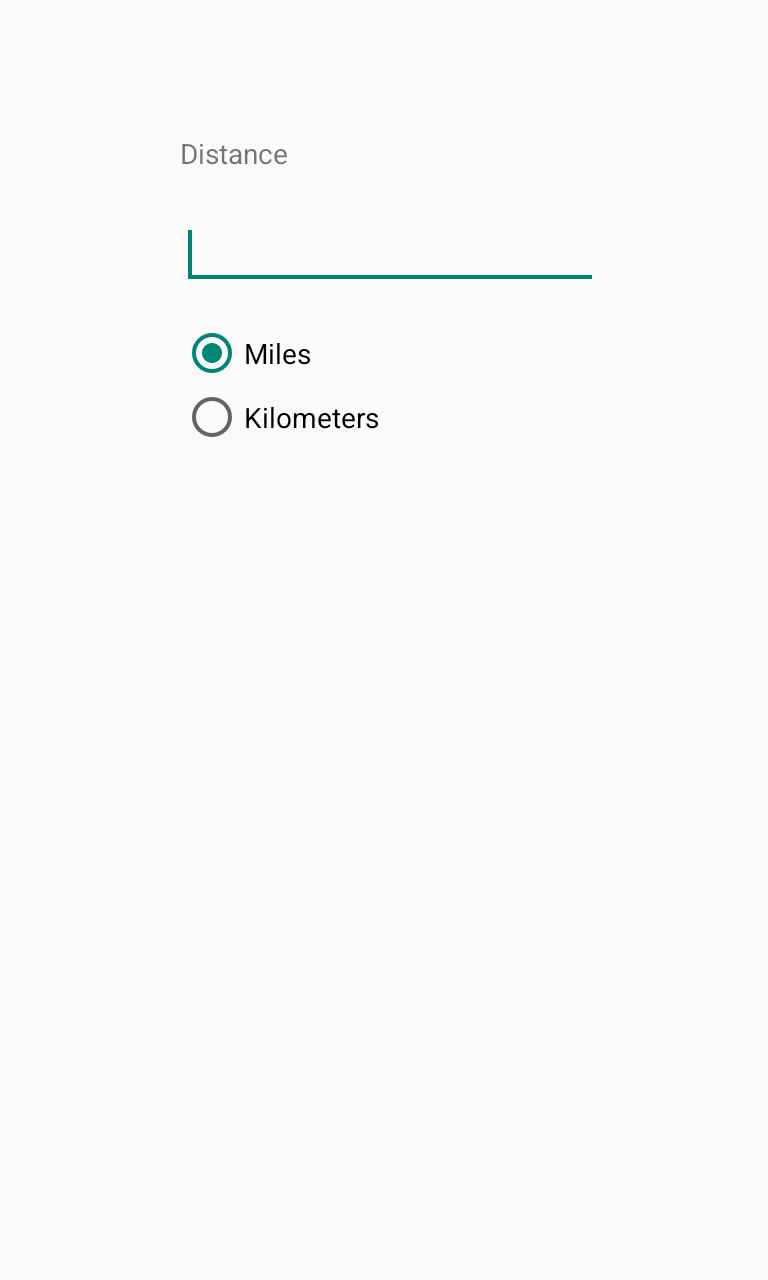
Repository: awayzo/6300Fall14Assignment4
Layout: UnitConvertor/res/layout/activity_main.xml
The author's editor kept a copy of each file at every save. The layout is drawn from the files as they stood at one save, then again after the next save.
It is drawn on a 768 x 1280 px phone screen (xhdpi) without system bars, with theme AppTheme; the app's code is not run.

Above is the layout before, as saved 2014-09-25 20:58:47.

### UnitConvertor/res/layout/activity_main.xml
<RelativeLayout xmlns:android="http://schemas.android.com/apk/res/android"
    xmlns:tools="http://schemas.android.com/tools"
    android:layout_width="match_parent"
    android:layout_height="match_parent"
    android:paddingBottom="@dimen/activity_vertical_margin"
    android:paddingLeft="@dimen/activity_horizontal_margin"
    android:paddingRight="@dimen/activity_horizontal_margin"
    android:paddingTop="@dimen/activity_vertical_margin"
    tools:context="edu.gatech.seclass.unitconvertor.MainActivity" >

    <EditText
        android:id="@+id/txt1"
        android:layout_width="wrap_content"
        android:layout_height="wrap_content"
        android:layout_alignLeft="@+id/lblTitle"
        android:layout_below="@+id/lblTitle"
        android:layout_marginTop="19dp"
        android:ems="10"
        android:inputType="numberDecimal" >

        <requestFocus />
    </EditText>

    <RadioGroup
        android:id="@+id/radioGroup1"
        android:layout_width="wrap_content"
        android:layout_height="wrap_content"
        android:layout_alignLeft="@+id/txt1"
        android:layout_below="@+id/txt1"
        android:layout_marginTop="14dp" >

        <RadioButton
            android:id="@+id/radio0"
            android:layout_width="wrap_content"
            android:layout_height="wrap_content"
            android:checked="true"
            android:onClick="handleClick"
            android:text="@string/miles" />

        <RadioButton
            android:id="@+id/radio1"
            android:layout_width="wrap_content"
            android:layout_height="wrap_content"
            android:onClick="handleClick"
            android:text="@string/km" />

    </RadioGroup>

    <TextView
        android:id="@+id/lblTitle"
        android:layout_width="wrap_content"
        android:layout_height="wrap_content"
        android:layout_alignParentLeft="true"
        android:layout_alignParentTop="true"
        android:layout_marginLeft="74dp"
        android:layout_marginTop="51dp"
        android:text="@string/lblDistance" />

</RelativeLayout>

### UnitConvertor/res/values/strings.xml
<?xml version="1.0" encoding="utf-8"?>
<resources>

    <string name="app_name">Unit Convertor</string>
    <string name="action_settings">Settings</string>
    <string name="miles">Miles</string>
    <string name="km">Kilometers</string>
    <string name="lblDistance">Distance</string>
    <string name="title_activity_distance">DistanceActivity</string>
    <string name="hello_world">Hello world!</string>
    <string name="title_activity_currency">CurrencyActivity</string>
    <string name="title_activity_area">AreaActivity</string>
    <string name="title_btn_Calc">Calculate</string>

</resources>

Loaded but not shown: UnitConvertor/res/values/styles.xml (common file); UnitConvertor/res/values-v11/styles.xml (common file); UnitConvertor/res/values-v14/styles.xml (common file); UnitConvertor/res/values/dimens.xml (common file); UnitConvertor/res/values-w820dp/dimens.xml (common file)

After the next save:
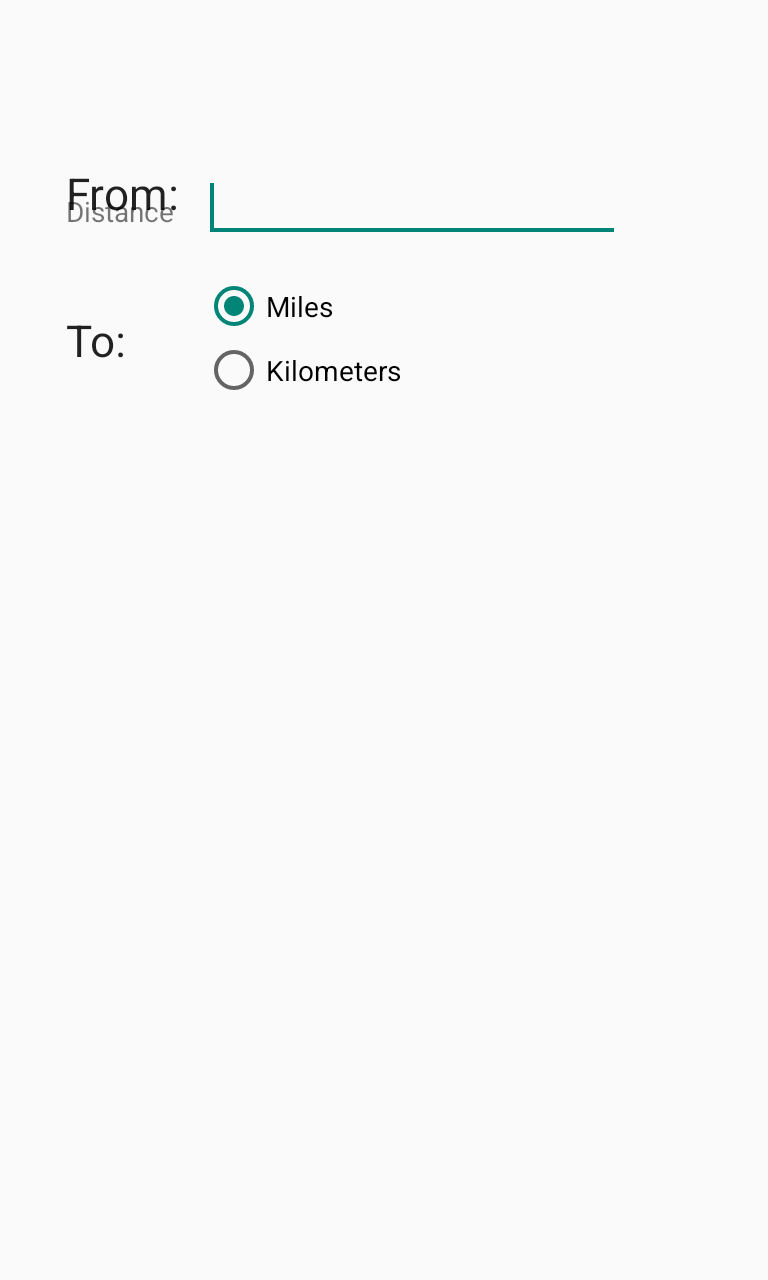
Saved 12 min 37 s later.
--- a/UnitConvertor/res/layout/activity_main.xml
+++ b/UnitConvertor/res/layout/activity_main.xml
@@ -8,20 +8,51 @@
     android:paddingTop="@dimen/activity_vertical_margin"
     tools:context="edu.gatech.seclass.unitconvertor.MainActivity" >
 
+
+    <TextView
+        android:id="@+id/textView1"
+        android:layout_width="wrap_content"
+        android:layout_height="wrap_content"
+        android:layout_alignParentLeft="true"
+        android:layout_alignTop="@+id/txt1"
+        android:layout_marginLeft="17dp"
+        android:text="From:"
+        android:textAppearance="?android:attr/textAppearanceLarge" />
+
+    <TextView
+        android:id="@+id/TextView01"
+        android:layout_width="wrap_content"
+        android:layout_height="wrap_content"
+        android:layout_alignLeft="@+id/textView1"
+        android:layout_alignTop="@+id/radioGroup1"
+        android:layout_marginTop="18dp"
+        android:text="To:"
+        android:textAppearance="?android:attr/textAppearanceLarge" />
+
     <EditText
         android:id="@+id/txt1"
         android:layout_width="wrap_content"
         android:layout_height="wrap_content"
-        android:layout_alignLeft="@+id/lblTitle"
-        android:layout_below="@+id/lblTitle"
-        android:layout_marginTop="19dp"
+        android:layout_alignBaseline="@+id/lblTitle"
+        android:layout_alignBottom="@+id/lblTitle"
+        android:layout_marginLeft="11dp"
+        android:layout_toRightOf="@+id/textView1"
         android:ems="10"
         android:inputType="numberDecimal" >
 
         <requestFocus />
     </EditText>
 
-    <RadioGroup
+    <TextView
+        android:id="@+id/lblTitle"
+        android:layout_width="wrap_content"
+        android:layout_height="wrap_content"
+        android:layout_alignLeft="@+id/TextView01"
+        android:layout_alignParentTop="true"
+        android:layout_marginTop="80dp"
+        android:text="@string/lblDistance" />
+
+       <RadioGroup
         android:id="@+id/radioGroup1"
         android:layout_width="wrap_content"
         android:layout_height="wrap_content"
@@ -46,14 +77,5 @@
 
     </RadioGroup>
 
-    <TextView
-        android:id="@+id/lblTitle"
-        android:layout_width="wrap_content"
-        android:layout_height="wrap_content"
-        android:layout_alignParentLeft="true"
-        android:layout_alignParentTop="true"
-        android:layout_marginLeft="74dp"
-        android:layout_marginTop="51dp"
-        android:text="@string/lblDistance" />
 
 </RelativeLayout>
